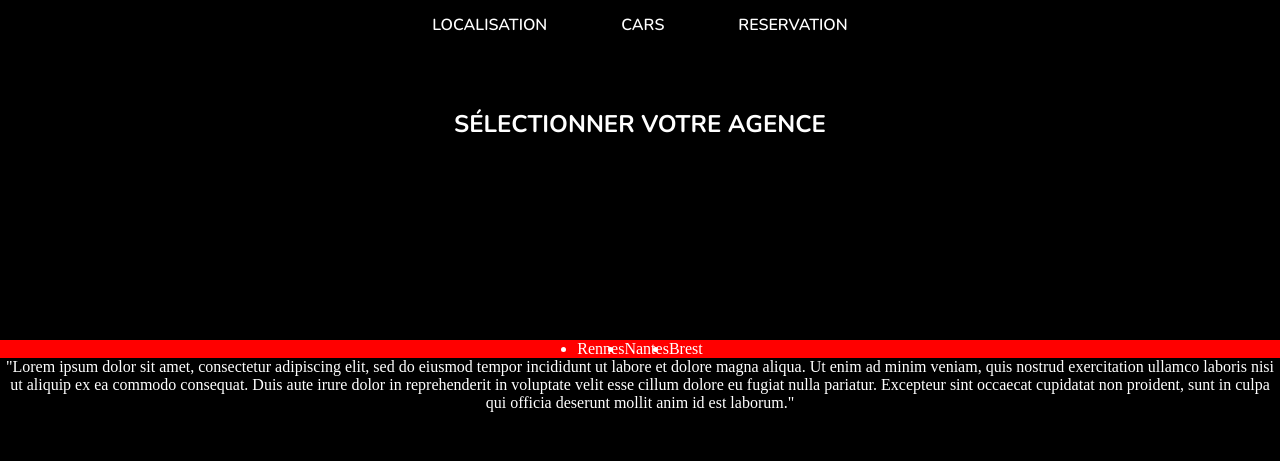
Repository: romgrm/jenaipasdevoiture
Page: src/main/java/fr/romgrm/index.html
These files come from the project's save history. The page is drawn as it stood at one moment and after the next save; the edit follows.
The browser window is 1280 px wide. The pictures show the whole page.
An inner scrolling area shows only its first screen.

Above is the page before, as saved 2020-10-15 21:05:04.

### src/main/java/fr/romgrm/index.html
<!DOCTYPE html>
<html lang="fr">
    <head>
        <title>JENAIPASDARGENT</title>
        <link rel="stylesheet" href="style.css" type="text/css"/>
        <link href="https://fonts.googleapis.com/css2?family=Nunito:ital,wght@0,600;0,700;0,800;1,200;1,300&display=swap" rel="stylesheet">
    </head>
    <body>

        <div class="container">

            <nav class="navbar">
                <ul>
                    <li><a href="#LOCALISATION">LOCALISATION</a></li>
                    <li><a href="#SELECTCAR">CARS</a></li>
                    <li><a href="#RECAPITULATE">RESERVATION</a></li>
                </ul>
            </nav>


            <Section id="LOCALISATION">
                 <h2>SÉLECTIONNER VOTRE AGENCE</h2>
                 <ul>
                     <li><a>Rennes</a></li>
                     <li><a>Nantes</a></li>
                     <li><a>Brest</a></li>
                 </ul>
                 <p>"Lorem ipsum dolor sit amet, consectetur adipiscing elit, sed do eiusmod tempor incididunt ut labore et dolore magna aliqua. Ut enim ad minim veniam, quis nostrud exercitation ullamco laboris nisi ut aliquip ex ea commodo consequat. Duis aute irure dolor in reprehenderit in voluptate velit esse cillum dolore eu fugiat nulla pariatur. Excepteur sint occaecat cupidatat non proident, sunt in culpa qui officia deserunt mollit anim id est laborum."</p>
            </Section>




            <Section id="SELECTCAR">
                <h2>CARS</h2>
                <p>"Lorem ipsum dolor sit amet, consectetur adipiscing elit, sed do eiusmod tempor incididunt ut labore et dolore magna aliqua. Ut enim ad minim veniam, quis nostrud exercitation ullamco laboris nisi ut aliquip ex ea commodo consequat. Duis aute irure dolor in reprehenderit in voluptate velit esse cillum dolore eu fugiat nulla pariatur. Excepteur sint occaecat cupidatat non proident, sunt in culpa qui officia deserunt mollit anim id est laborum."</p>
            </Section>




            <Section id="RECAPITULATE">
                <h2>SHOP</h2>
                <p>"Lorem ipsum dolor sit amet, consectetur adipiscing elit, sed do eiusmod tempor incididunt ut labore et dolore magna aliqua. Ut enim ad minim veniam, quis nostrud exercitation ullamco laboris nisi ut aliquip ex ea commodo consequat. Duis aute irure dolor in reprehenderit in voluptate velit esse cillum dolore eu fugiat nulla pariatur. Excepteur sint occaecat cupidatat non proident, sunt in culpa qui officia deserunt mollit anim id est laborum."</p>
            </Section>



        </div>
    </body>
</html>

### src/main/java/fr/romgrm/style.css
*{
    margin: 0;
    padding: 0;
}


body{
  color: white;
  /* desactiver le scroll dans le body (pas oublier
  de lui donner une taille sinon ça marche pas*/
  height: 100vh;
  overflow: hidden;

}

.container{
    height: 100%;
    width: 100%;
    /*SCROLL SMOOTH*/
    overflow-y: scroll;
    scroll-behavior: smooth;
    scroll-snap-type: y mandatory;
}

.navbar{
   /* background-color: rgba(0, 0, 0, 0.5); */
    position: fixed;
    top: 0;
    z-index: 1;
    display: flex;
    width: 100%;
    height: 50px;
    font-family: 'Nunito', sans-serif;
    font-weight: 900 bold ;
}

.navbar ul{
    display: flex;
    list-style-type: none;
    width: 100%;
    justify-content: center;
    align-items: center;
    gap: 10px;
}

.navbar ul li{
    margin: 0 1rem;
    padding: 1rem;

}

.navbar ul li a{
    color: white;
    text-decoration: none;
    transition: all .5s;
    -moz-transition: all .5s;
    -webkit-transition: all .5s;
    -o-transition: all .5s;
    -ms-transition: all .5s;

}

.navbar ul li a:hover{
    transform : scale(5);
 -moz-transform : scale(1.25);
 -webkit-transform : scale(1.25);
 -o-transform : scale(1.25);
 -ms-transform : scale(1.25);
    /*color: rgb(105, 105, 105); */
}




Section{
    display: flex;
    flex-direction: column;
    width: 100%;
    height: 100vh; /* vh = Viewport Height : permet de dimensioner par rapport à la taille de l'écran*/
    text-align: center;
    justify-content: center;
    align-items: center;
    /*SCROLL SNAP ALIGN*/
    scroll-snap-align: center;

}


/*////////////////////////////////////////////////////////////////////////////////////////////////////////////*/



#LOCALISATION{
    background-color: black;
    margin: 0;
    padding: 0;
    /*background: url('https://source.unsplash.com/K2tdx2mFDHc/1600x900') no-repeat center center/cover;;*/
}

#LOCALISATION h2{
    position: relative;
    bottom: 200px;
    font-family: 'Nunito', sans-serif;
    font-weight: 800 bold ;

}

#LOCALISATION ul{
    display: flex;
    background-color: red;
    width: 100%;
    align-items: center;
    justify-content: center;
}

#LOCALISATION p{

}


/*////////////////////////////////////////////////////////////////////////////////////////////////////////////*/



#SELECTCAR{
    background-color: red;
}

#SELECTCAR h2{

}

#SELECTCAR p{

}


/*////////////////////////////////////////////////////////////////////////////////////////////////////////////*/


#RECAPITULATE{
    background-color: blue;
}

#RECAPITULATE h2{

}

#RECAPITULATE p{

}

After the next save:
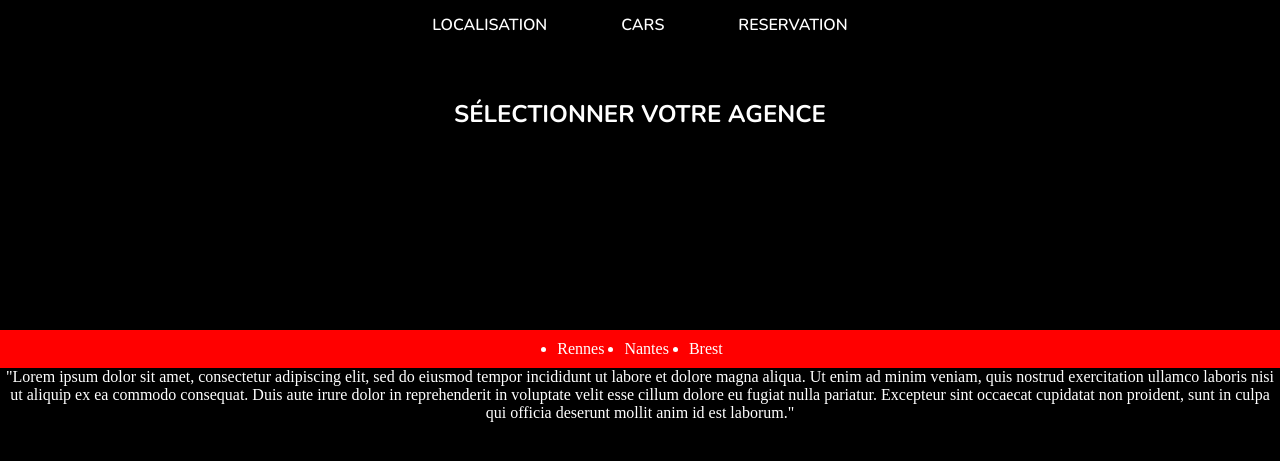
Saved 27 s later.
--- a/src/main/java/fr/romgrm/style.css
+++ b/src/main/java/fr/romgrm/style.css
@@ -113,6 +113,10 @@ Section{
     justify-content: center;
 }
 
+#LOCALISATION ul li{
+    margin: 10px;
+}
+
 #LOCALISATION p{
 
 }
